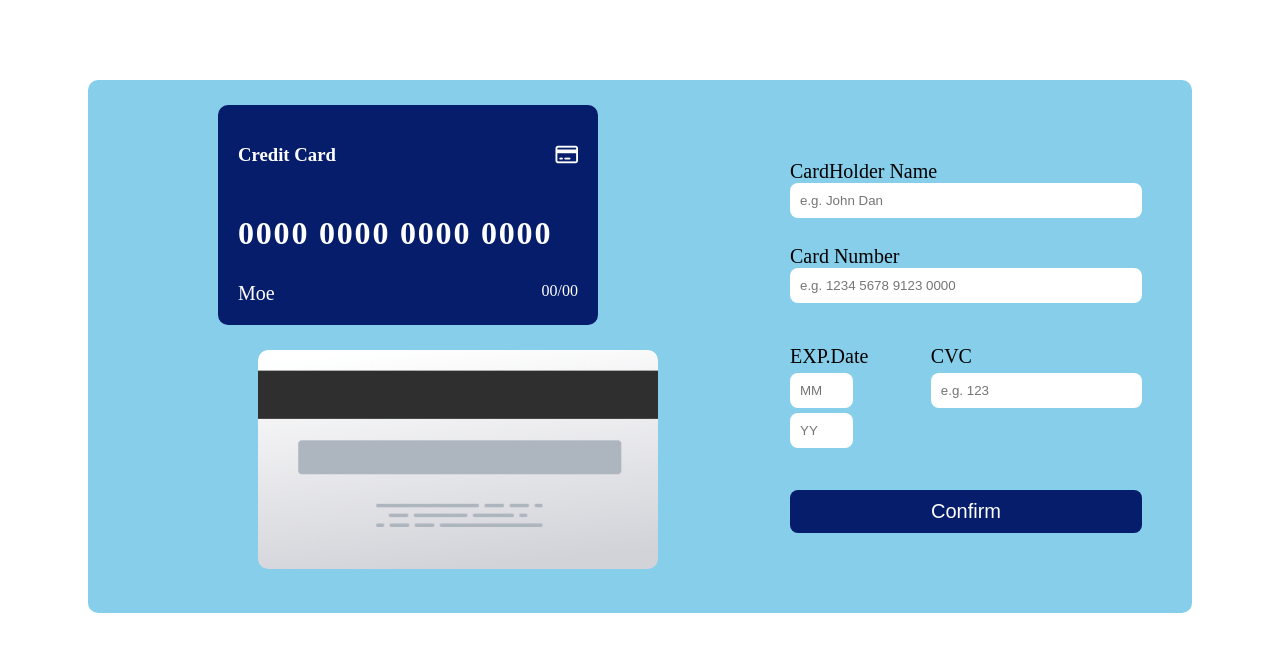
Repository: moehaymanmyint/Interactive-Card-Details-Form
Page: index.html
The author's editor kept a copy of each file at every save. The page is drawn from the files as they stood at one save, then again after the next save.
The browser window is 1280 px wide. The pictures show the whole page.
Some web libraries are served in a nearby version.

Above is the page before, as saved 2024-10-18 21:23:28.

### index.html
<!DOCTYPE html>
<html lang="en">
<head>
    <meta charset="UTF-8">
    <meta name="viewport" content="width=device-width, initial-scale=1.0">
    <title>Interactive Card Details Form</title>
    <link rel="stylesheet" href="style.css">
    <link rel="stylesheet" href="https://cdnjs.cloudflare.com/ajax/libs/font-awesome/6.6.0/css/all.min.css" />
</head>
<body>
    <div class="container">
        <!-- Left Side -->
    <div class="left-container">
        <div class="front-card">
            <div class="header">
                <h3>Credit Card</h3>
                <i class="fa-regular fa-credit-card"></i>
            </div>
            <div class="number" style="text-align: justify; " >0000 0000 0000 0000</div>
            <div class="" style="display: flex; justify-content: space-between;">
                <span class="name">Moe</span>
                <span class="date">
                    <span class="date">00/00</span>
                </span>
            </div>
        </div>


        <div class="back-card">
            <img src="./img/bg-card-back.png" alt="">
        </div>
    </div>

    <!-- Right Side -->
    <div class="right-container">
        <form action="">
            <div class="card-name">
                <label for="">CardHolder Name</label><br>
                <input type="text" placeholder="e.g. John Dan" class="card-input" id="name-input">
                <span class="name-error">Required</span>
            </div>
            <div class="card-number">
                <label for="">Card Number</label><br>
                <input type="text" placeholder="e.g. 1234 5678 9123 0000" class="card-input" id="number-input" maxlength="16">
                <span class="number-error">Required</span>
            </div>
            <div class="card-info">
                <div class="" style="width: 40%;">
                    <label for="">EXP.Date</label><br>
                    <input type="text" placeholder="MM" class="card-date" id="month-input" maxlength="2">
                    <input type="text" placeholder="YY" class="card-date" id="year-input" maxlength="4">
                    <span class="date-error">Required</span>
                </div>
                <div class="cvc" style="width: 60%;">
                    <label for="">CVC</label><br>
                    <input type="text" placeholder="e.g. 123" class="card-cvc" maxlength="3">
                </div>
            </div>

            <div class="btn">
                <input type="submit" value="Confirm" class="confirm-btn">
            </div>
        </form>
    </div>
    </div>
</body>
<script src="app.js"></script>
</html>

### style.css
.container{
    display: flex;
    justify-content: center;
    margin: 80px;
    background-color: skyblue;
    border-radius: 10px;
}

.left-container,
.right-container {
    margin: 20px 50px;
    width: 50%;
}

.right-container{
    display: flex;
    align-items: center;
    font-size: 20px;
}

.front-card{
    background-color: rgb(5, 29, 107);
    color: white;
    padding: 20px;
    border-radius: 10px;
    height: 180px;
    width: 340px;
    margin: 5px 80px;
    display: flex;
    flex-direction: column;
    justify-content: space-between;
}

.header{
    display: flex;
    justify-content: space-between;
    align-items: center;
}

.header i{
    font-size: 20px;
}

.front-card .number{
    font-size: 32px;
    letter-spacing: 1.8px;
    font-weight: bold;
}

.front-card .name{
    font-size: 20px;
}

.back-card img{
    width: 400px;
    margin: 20px 40px;
    border-radius: 10px;
    margin-left: 120px;
}

.right-container div{
    margin: 15px 0;
}

.card-input {
    width: 100%;
    border: none;
    padding: 10px;
    border-radius: 8px;
    box-sizing: border-box;
}

.card-date {
    width: 45%;
    margin-top: 5px;
    margin-right: 5px;
    border: none;
    padding: 10px;
    border-radius: 8px;
    box-sizing: border-box;
}

.card-cvc {
    width: 100%;
    margin-top: 5px;
    border: none;
    padding: 10px;
    border-radius: 8px;
    box-sizing: border-box;
}

.confirm-btn {
    width: 100%;
    padding: 10px;
    border-radius: 8px;
    border: none;
    background-color: rgb(5, 29, 107);
    font-size: 20px;
    color: white;
    cursor: pointer;
}

.card-info {
    display: flex;
    justify-content: space-evenly;
}

.card-name,
.card-number,
.card-info{
    padding-bottom: 12px;
}

.name-error,
.number-error,
.date-error{
    color: red;
    display: none;
    font-size: 15px;
}

### app.js
let cardName = document.querySelector(".name");
let cardNumber = document.querySelector(".number");
let cardDate = document.querySelector(".date");

let name = document.querySelector("#name-input");
let number = document.querySelector("#number-input");
let year = document.querySelector("#year-input");
let month = document.querySelector("#month-input");

let nameError = document.querySelector(".name-error");
let numberError = document.querySelector(".number-error");
let dateError = document.querySelector(".date-error");

function getData(event) {
    event.preventDefault();
    let validAll = true;
    nameError.style.display = "none";
    numberError.style.display = "none";
    dateError.style.display = "none";

    // Validate name
    if (name.value.trim() === "") {
        nameError.style.display = "inline";
        validAll = false;
    }

    // Validate card number
    if (number.value === "") {
        numberError.style.display = "inline";
        validAll = false;
    } else if (isNaN(Number(number.value)) || number.value.length !== 16) {
        numberError.style.display = "inline";
        numberError.innerHTML = "Enter a valid 16-digit number";
        validAll = false;
    }

    // Validate month and year
    let current = new Date();
    let currentYear = current.getFullYear()
    if (month.value === "" || year.value === "") {
        dateError.style.display = "inline";
        validAll = false;
    }else if(month.value < 1 || month.value > 12){
        dateError.style.display = "inline";
        dateError.innerHTML = "Enter correct Date*";
        validAll = false;
    }else if(year.value > currentYear){
        dateError.style.display = "inline";
        dateError.innerHTML = "Enter correct Year*"
        validAll = false;
    }

    if (validAll) {
        cardName.innerHTML = name.value;
        formatNumber = ""
        for(let i = 0; i < number.value.length; i++){
            if (i % 4 === 0) {
                formatNumber += ' ';
            }
            formatNumber += number.value[i];
        }
        cardNumber.innerHTML = formatNumber;
        cardDate.innerHTML = month.value + "/" + year.value;
    }
}

let confirmBtn = document.querySelector(".confirm-btn");
confirmBtn.addEventListener("click", getData);

After the next save:
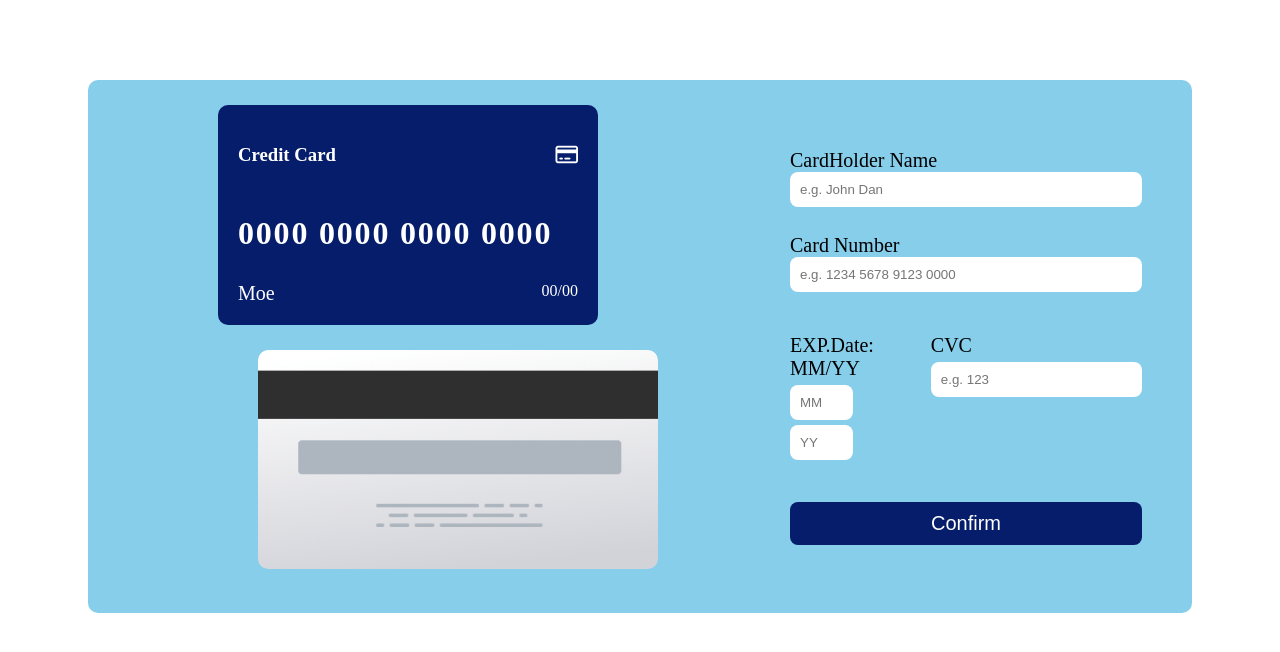
Saved 30 s later.
--- a/index.html
+++ b/index.html
@@ -46,7 +46,7 @@
             </div>
             <div class="card-info">
                 <div class="" style="width: 40%;">
-                    <label for="">EXP.Date</label><br>
+                    <label for="">EXP.Date: MM/YY</label><br>
                     <input type="text" placeholder="MM" class="card-date" id="month-input" maxlength="2">
                     <input type="text" placeholder="YY" class="card-date" id="year-input" maxlength="4">
                     <span class="date-error">Required</span>
